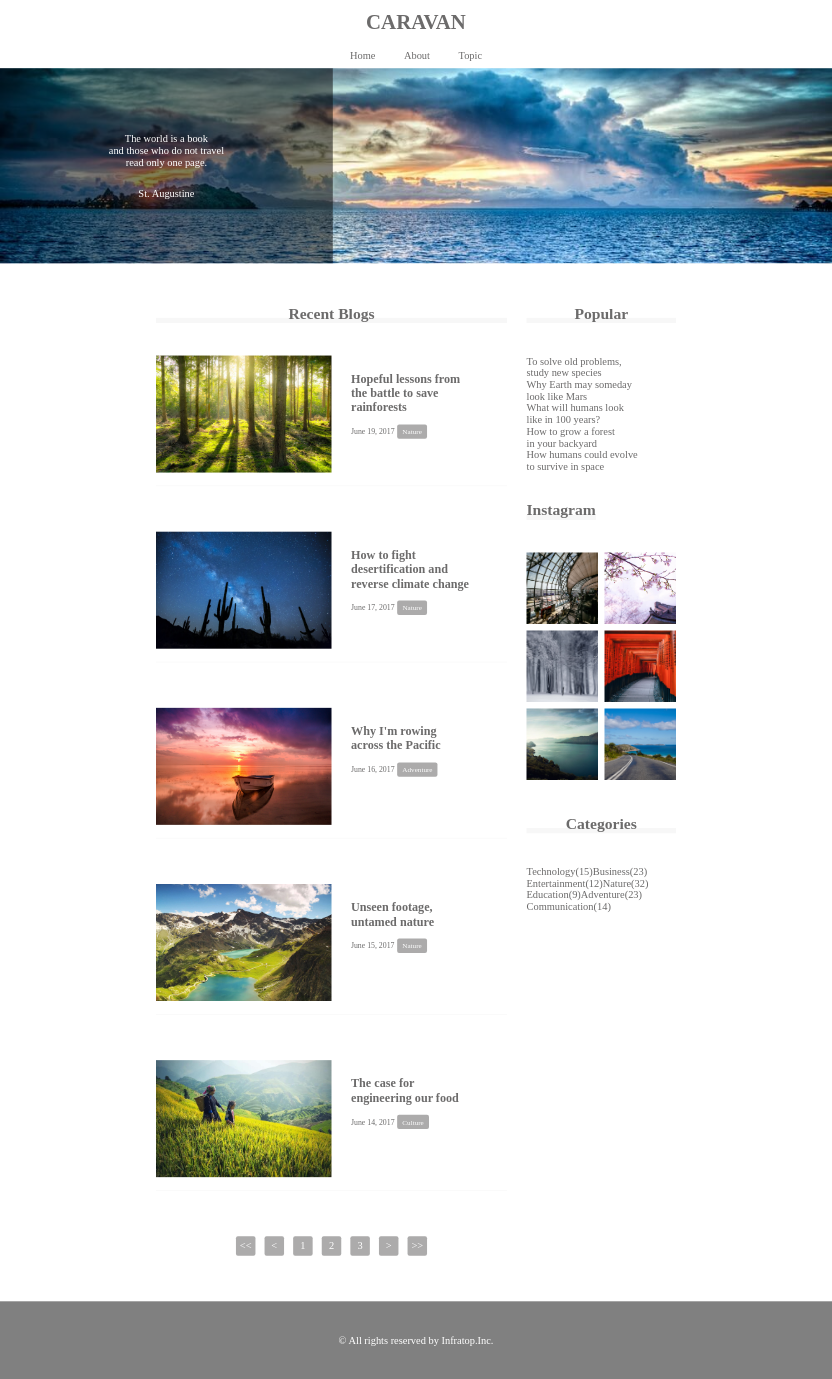
Repository: yuu2310/dmm-webcamp
Page: caravan/index.html
The author's editor kept a record of every edit. The page is drawn from the files as they stood at one moment, then again after the next edit.
The browser window is 1280 px wide. The pictures show the whole page, at 65% of full size.
Some web libraries are served in a nearby version.

Above is the page before.

After the next edit:
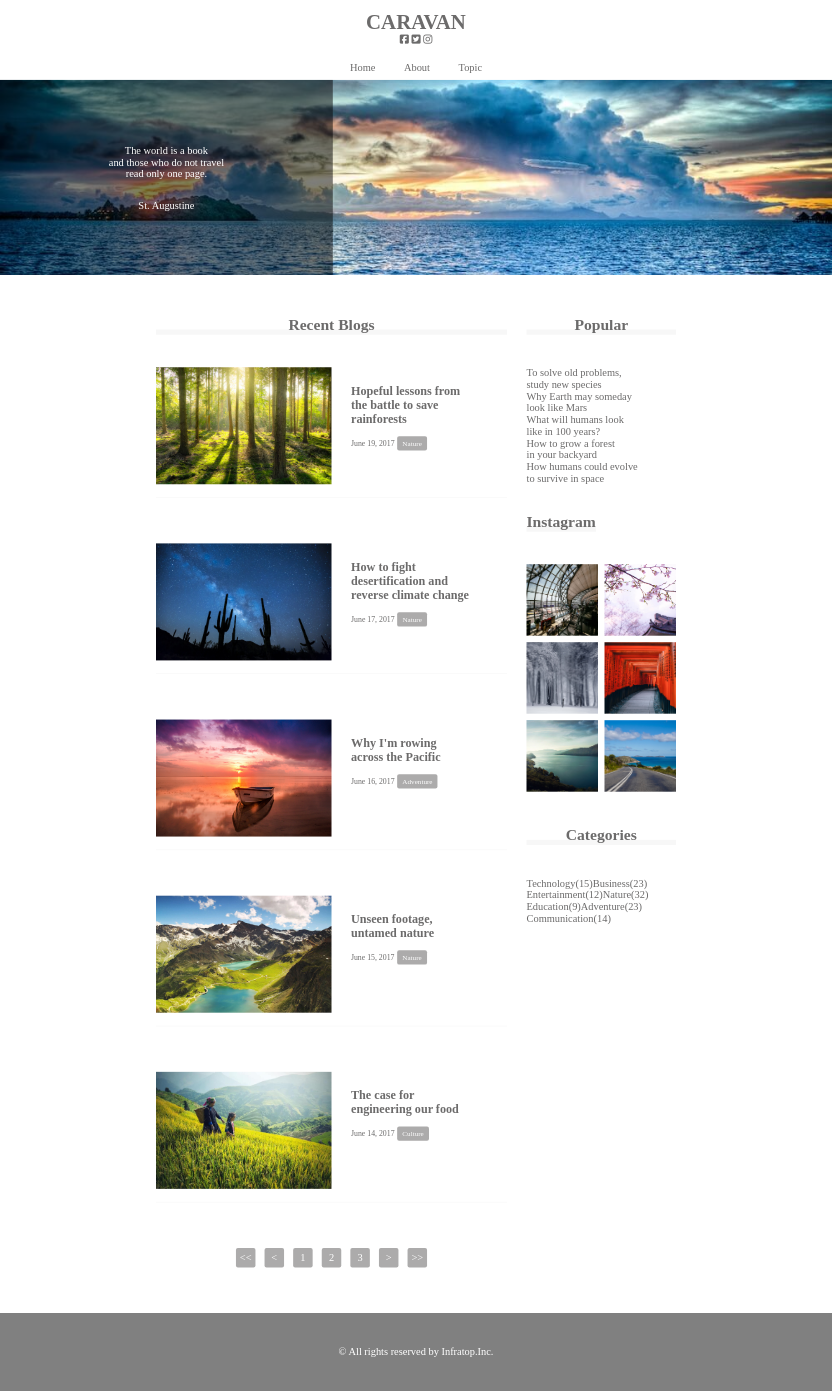
The edit:
--- a/caravan/index.html
+++ b/caravan/index.html
@@ -18,7 +18,11 @@
            CARAVAN
         </a>
       </h1>
-      <div class="social"></div>
+      <div class="social">
+        <i class="fab fa-facebook-square"></i>
+        <i class="fab fa-twitter-square"></i>
+        <i class="fab fa-instagram"></i>
+      </div>
     </header>
 
     <nav>
